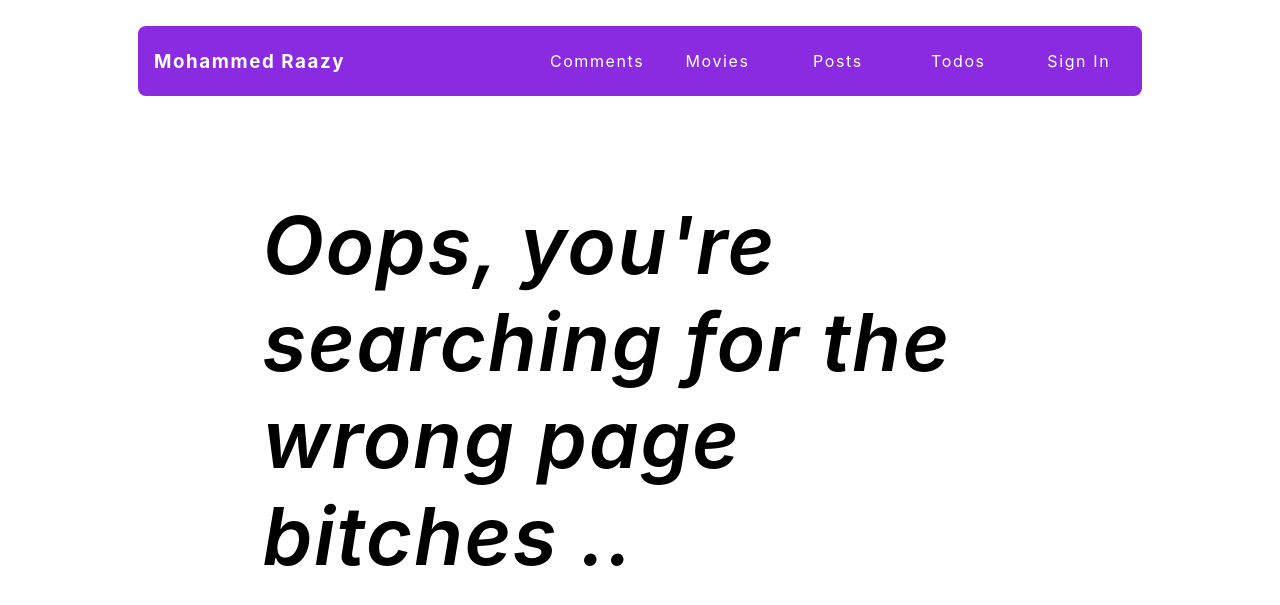
Repository: raazymuhd1/learn-nextjs
Page: /404
An editor plug-in stored every save of this project. The page is shown before and after the next save, followed by the edit.
The browser window is 1280 px wide. The pictures show the whole page.
The page's requests for data from a server got no answer. The project was rebuilt for these pictures with package versions that can differ from the ones it lists, and the page was loaded fresh each time. The framework's server and built-in components were replaced by stand-ins that run in the browser. No one was signed in, and anything a server would have sent is missing.

Above is the page before, as saved 2021-09-04 06:09:06.

### pages/_app.js
import Layout from '../components/Layout'
import '../styles/globals.css'
import { createStore } from "redux"
import { Provider } from "react-redux"

import Themes from "../globalStyle/theme"

import  allReducers from "../reducers"

const store = createStore(allReducers)

function MyApp({ Component, pageProps }) {
  return (
    <Provider store={store}>
          <Themes>
             <Layout>
                <Component {...pageProps} />
            </Layout>
          </Themes>
    </Provider>
  )

}

export default MyApp

### pages/404/index.js
import React from 'react'
import PageNotFound from "../../components/NotFound"

const NotFound = () => {
    return (
       <PageNotFound />
    )
}

export default NotFound

### components/Layout/index.js
import React, { useEffect } from 'react'
import Head from 'next/head'
import { Container, Main } from '../global'
import Navbar from '../Navbar'

const Layout = ({ children }) => {

    return (
        <Container>
            <Navbar />
            <Head>
                <meta name="description" content="nextjs app" />
                <title> Big Next Project </title>
            </Head>

            <Main>
                { children }
            </Main>
        </Container>
    )
}

export default Layout

### globalStyle/theme.js
import { ThemeProvider } from "styled-components"

import theme from "./defualtThemes"

const Theme = ({ children }) => {
    return (
        <ThemeProvider theme={theme}>
             { children }
        </ThemeProvider>
    )
}

export default Theme

### reducers/index.js
import { combineReducers } from "redux"
import { movies } from './movies'

const allReducers =  combineReducers({
       movies,
})

export default allReducers;

### components/NotFound/index.js
import React from 'react'
import { Container404, Heading404 } from './styles'

const PageNotFound = () => {
    return (
        <Container404>
             <Heading404>
                  Oops, you're searching for the wrong page bitches ..
             </Heading404>
        </Container404>
    )
}

export default PageNotFound

### components/global/index.js
import styled from 'styled-components'

export const Container = styled.div`
    padding: 10px;
    width: 80%;
    margin: 1rem auto;
`
export const Main = styled.main`
    padding: 5px 10px;
`

### components/Navbar/index.js
import { LI, Nav, UL, HeadingThree } from "./styles";
import Link from "next/link"
import { useSession, signIn, signOut } from "next-auth/client"

const Navbar = () => {
     const [session, loading] = useSession()

    return (
        <Nav>
             <HeadingThree> Mohammed Raazy </HeadingThree>
             <UL>
                 <Link href="/comment">
                     <LI> Comments </LI>
                 </Link>
                 <Link href="/movies">
                     <LI> Movies </LI>
                 </Link>
                 <Link href="/posts">
                     <LI> Posts </LI>
                 </Link>
                 <Link href="/todo">
                     <LI> Todos </LI>
                 </Link>
                 { !session &&
                        <LI onClick={() => signIn()}> Sign In </LI>
                  }
                  { session && !loading &&
                        <LI onClick={() => signOut() } > Sign Out </LI>
                  }
             </UL>
        </Nav>
    )
}

export default Navbar;

### globalStyle/defualtThemes.js
const themes = {
    colors: {
        bg: "blueviolet",
        fnColor: "#333"
    },

    breakpoints: {
        sm: "screen and (max-width: 640px)",
        md: "screen and (max-width: 768px)",
        lg: "screen and (max-width: 1024px)",
        xl: "screen and (max-width: 1280px)"
    }
}

export default themes;

### reducers/movies.js
const initialState = [
    { id: 1, name: "Avengers", price: "3k" },
]

export const movies =  (state = initialState, action) => {
     switch(action.type) {
         case "addMovie":
               return [ ...state, { name: action.name, price: action.price } ]
        default:
            return state
     }
}

### components/NotFound/styles.js
import styled from "styled-components"

export const Container404 = styled.div`
    padding: 5px 1rem;
    width: 80%;
    margin: 10px auto;
`

export const Heading404 = styled.h3`
    letter-spacing: .1rem;
    font-style: italic;
    font-weight: 600;
    font-size: 5rem;
`

### components/Navbar/styles.js
import styled from "styled-components"

export const Nav = styled.nav`
    padding: 5px 1rem;
    display: flex;
    align-items: center;
    justify-content: space-between;
    background:${({theme}) => theme.colors.bg } ;
    color: #fff;
    border-radius: 8px;
    letter-spacing: 0.1rem;

    @media ${({theme}) => theme.breakpoints.sm } {
         flex-direction: column;
         justify-content: center;
    }

`

export const HeadingThree = styled.h3`
    letter-spacing: 0.1rem;
`

export const UL = styled.div`
   display: grid;
   grid-template-columns: repeat(5, 1fr);
   justify-items: center;
   gap: 10px;
   cursor: pointer;

${'' /* small size */}
   @media ${({theme}) => theme.breakpoints.sm } {
       display: grid;
       grid-template-columns: repeat(3, 1fr);
       justify-items: center;
   }

   ${'' /* medium size */}
   @media ${({theme}) => theme.breakpoints.md} {
       margin-left: 1rem;
       grid-template-columns: repeat(3, 1fr);
   }
`

export const LI = styled.li`
    list-style: none;
    margin-left: 1rem;
`

Loaded but not shown: pages/_document.js (common file); styles/globals.css (common file)

After the next save:
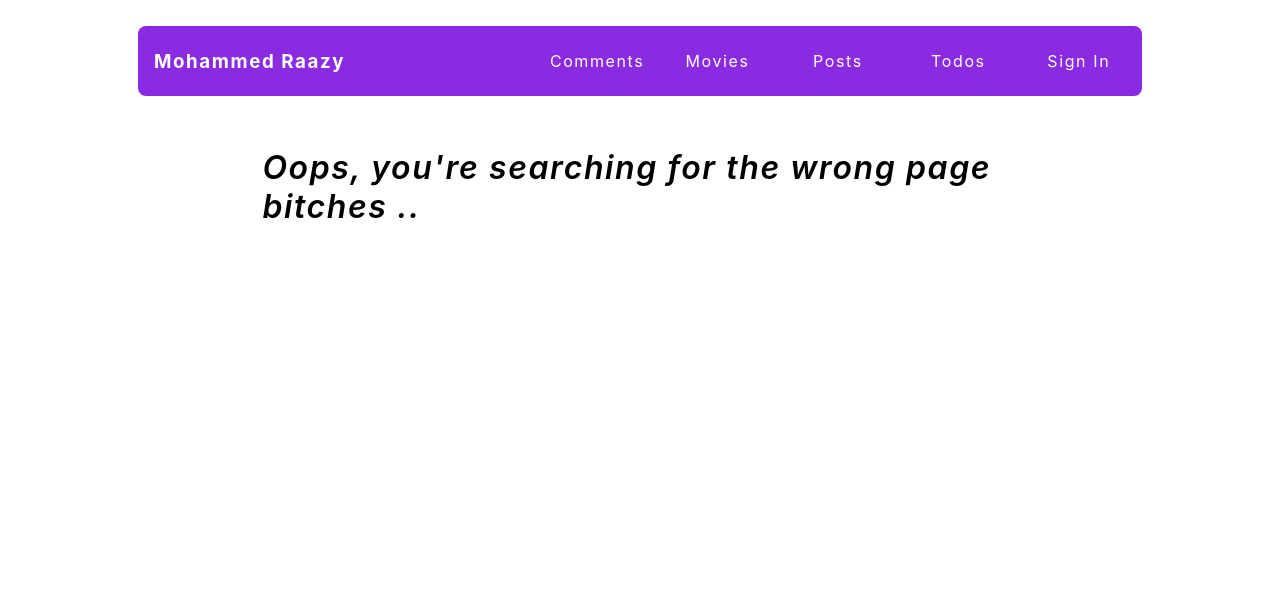
Saved 13 h 2 min later.
--- a/components/NotFound/styles.js
+++ b/components/NotFound/styles.js
@@ -10,5 +10,5 @@ export const Heading404 = styled.h3`
     letter-spacing: .1rem;
     font-style: italic;
     font-weight: 600;
-    font-size: 5rem;
+    font-size: 2rem;
 `
